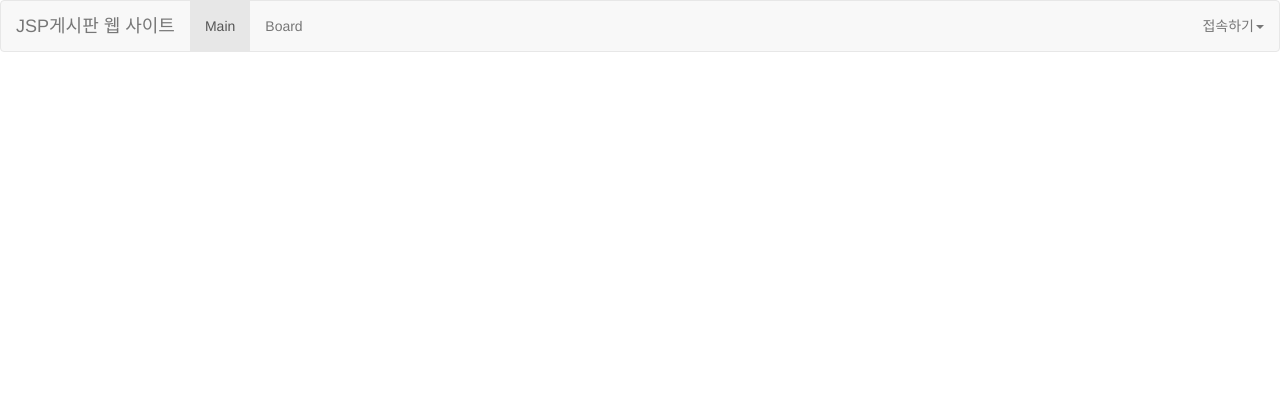
Repository: kwonsye/JSP_Board
Page: http://localhost/BBS/main.jsp
An editor plug-in stored every save of this project. The page is shown before and after the next save, followed by the edit.
The browser window is 1280 px wide. The pictures show the whole page.
Some web libraries are served in a nearby version. The page is served by Tomcat 9.

Above is the page before, as saved 2019-01-06 15:30:05.

After the next save:
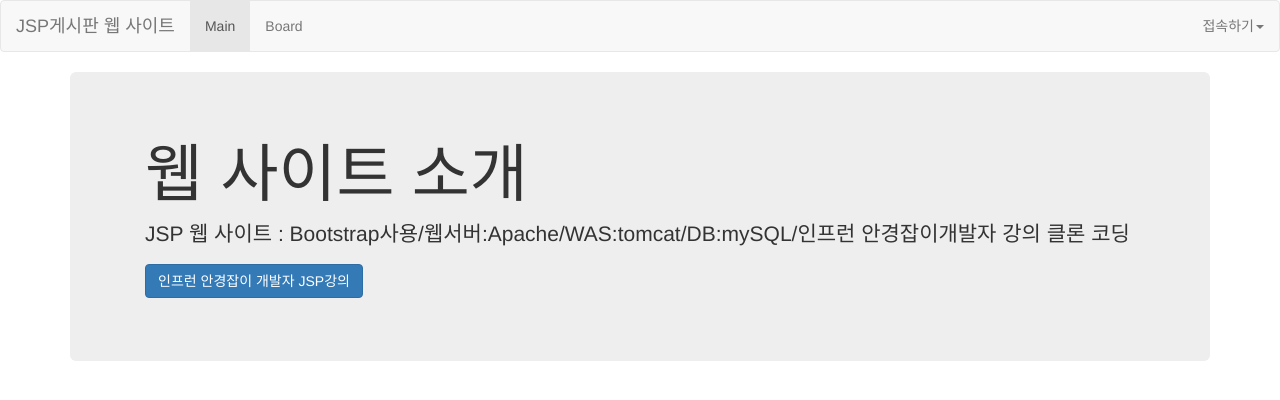
Saved 11 min 42 s later.
--- a/projects/BBS/WebContent/main.jsp
+++ b/projects/BBS/WebContent/main.jsp
@@ -8,7 +8,7 @@
 <!-- Bootstrap참조하는 부분 -->
 <meta name="viewport" content="width=device-width" initial-scale="1">
 <link rel="stylesheet" href="css/bootstrap.css">
-<title>로그인 페이지 테스트</title>
+<title>메인 페이지 테스트</title>
 </head>
 <body>
 
@@ -73,5 +73,17 @@
 		</div>
 	</nav>
 
+	<!-- 웹사이트를 소개하는 부분 -->
+	<div class="container">
+		<div class="jumbotron">
+			<div class="container">
+				<h1>웹 사이트 소개</h1>
+				<p>JSP 웹 사이트 : Bootstrap사용/웹서버:Apache/WAS:tomcat/DB:mySQL/인프런 안경잡이개발자 강의 클론 코딩</p>
+				<p><a class="btn btn-primary btn-pull" href="https://www.inflearn.com/course/jsp-게시판" role="button">인프런 안경잡이 개발자 JSP강의</a></p>
+
+			</div>
+		</div>
+	</div>
+
 </body>
 </html>
